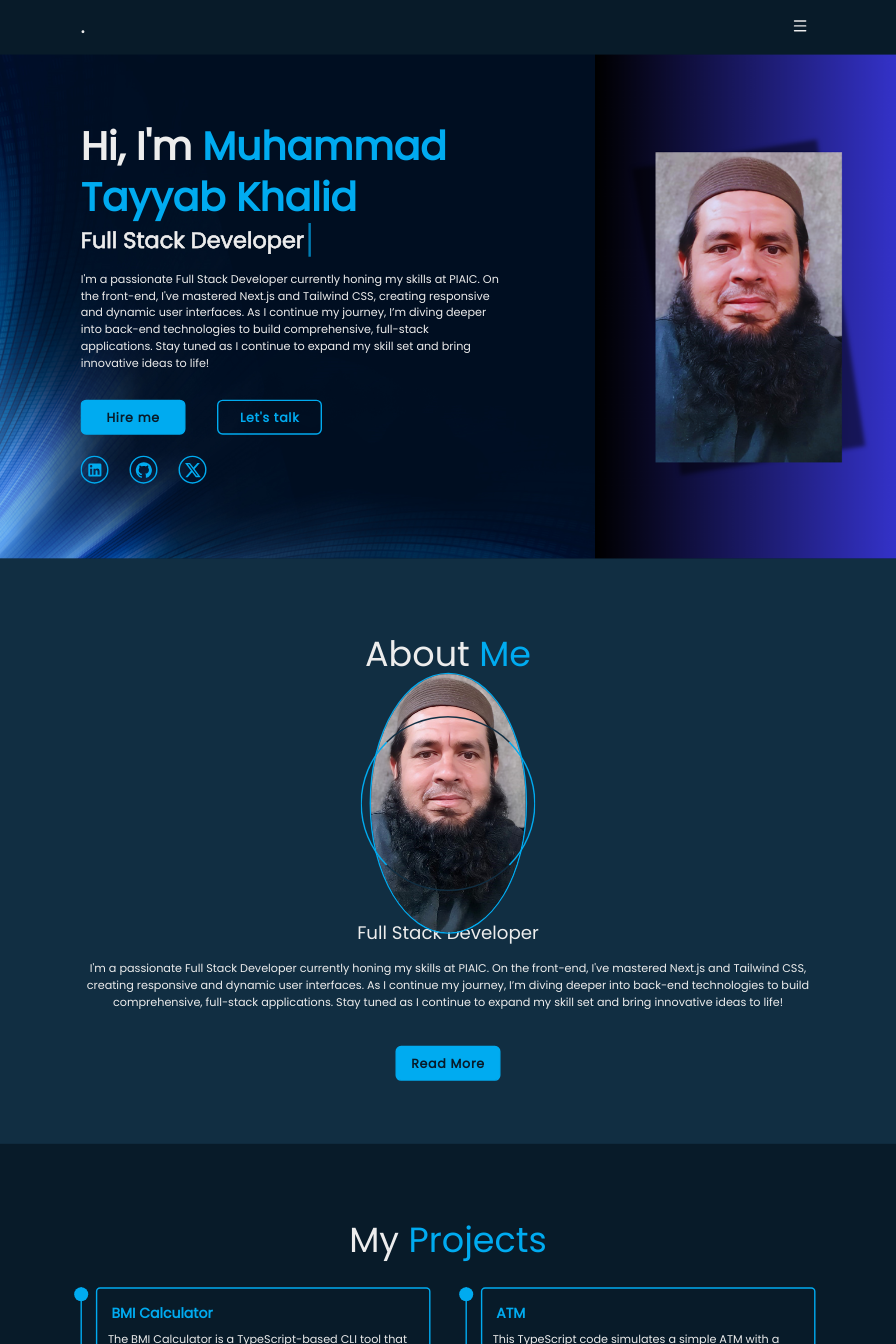
Repository: asadullah48/nextjs_projects_portfolio
Page: /
The author's editor kept a copy of each file at every save. The page is drawn from the files as they stood at one save, then again after a run of saves.
The browser window is 1280 px wide. The pictures show the part of the page from y = 0 to 1920 px (the page is 4234 px tall), at 70% of full size.
The project was rebuilt for these pictures with package versions that can differ from the ones it lists, and the page was loaded fresh each time. The framework's server and built-in components were replaced by stand-ins that run in the browser. Also part of the build but not shown: next.config.ts.

Above is the page before, as saved 2024-11-13 10:36:28.

After the next 2 saves:
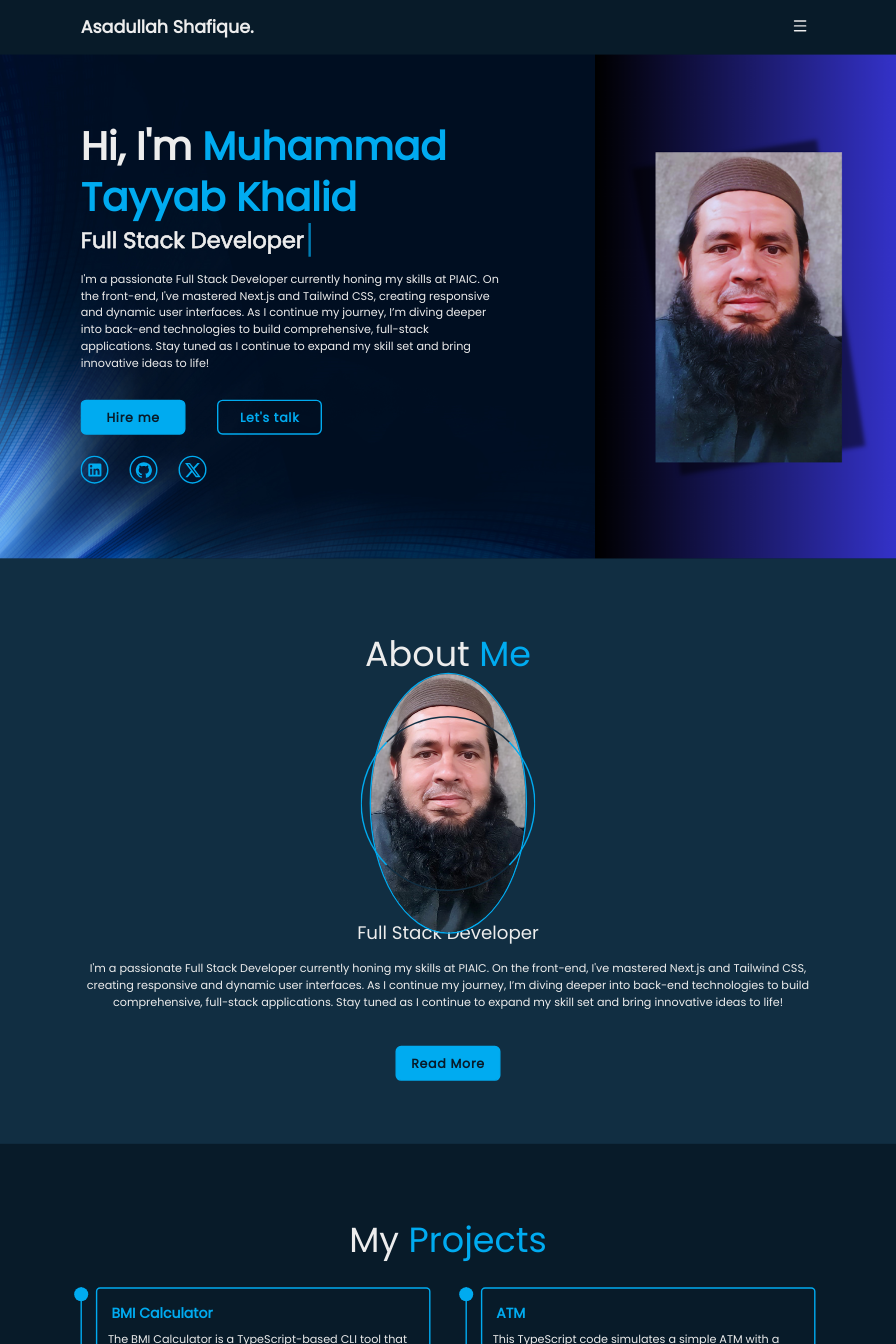
The 2 saves are shown as one change because they came seconds apart.
The last was saved 8 s later.
--- a/src/app/page.tsx
+++ b/src/app/page.tsx
@@ -29,7 +29,7 @@ export default function Home() {
      <header className={`header flex justify-end items-center transition-opacity duration-300 ${isSidebarOpen ? "opacity-50" : "opacity-100"}`}>
         <div>
           <Link href={"#home"} className="logo ">
-            .
+            Asadullah Shafique.
           </Link>
         </div>
         <nav className="navbar">
